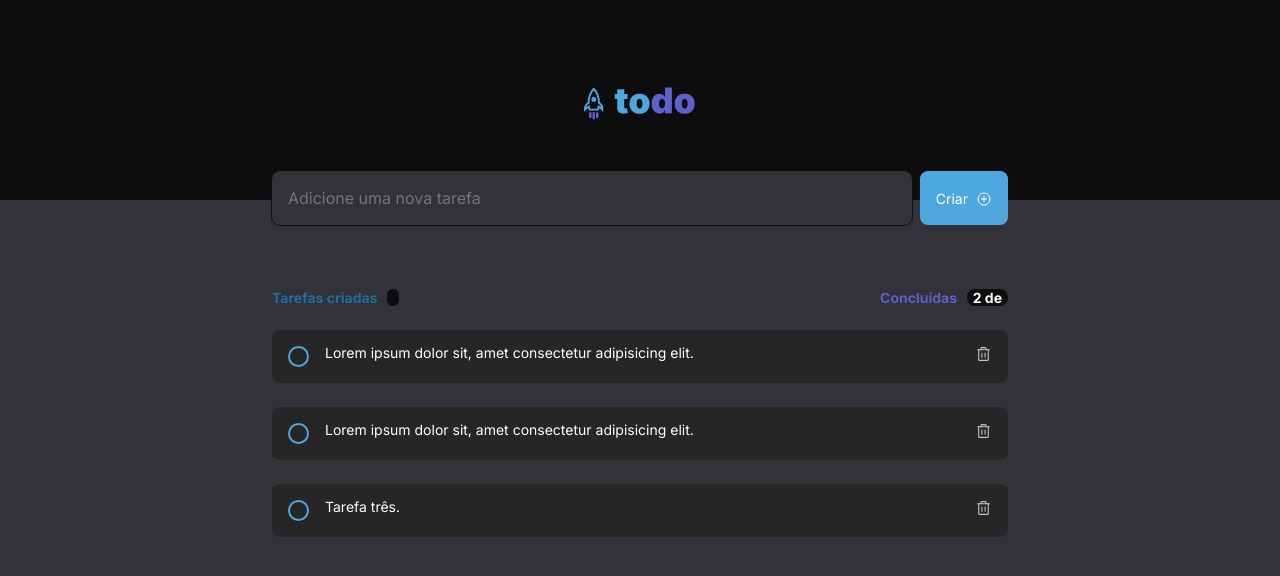
Repository: gabramos90/ignite-todo
Page: /
An editor plug-in stored every save of this project. The page is shown before and after a run of saves, followed by the edit.
The browser window is 1280 px wide. The pictures show the whole page.
The project was rebuilt for these pictures with package versions that can differ from the ones it lists, and the page was loaded fresh each time. Also part of the build but not shown: vite.config.ts.

Above is the page before, as saved 2022-12-01 04:17:48.

After the next 3 saves:
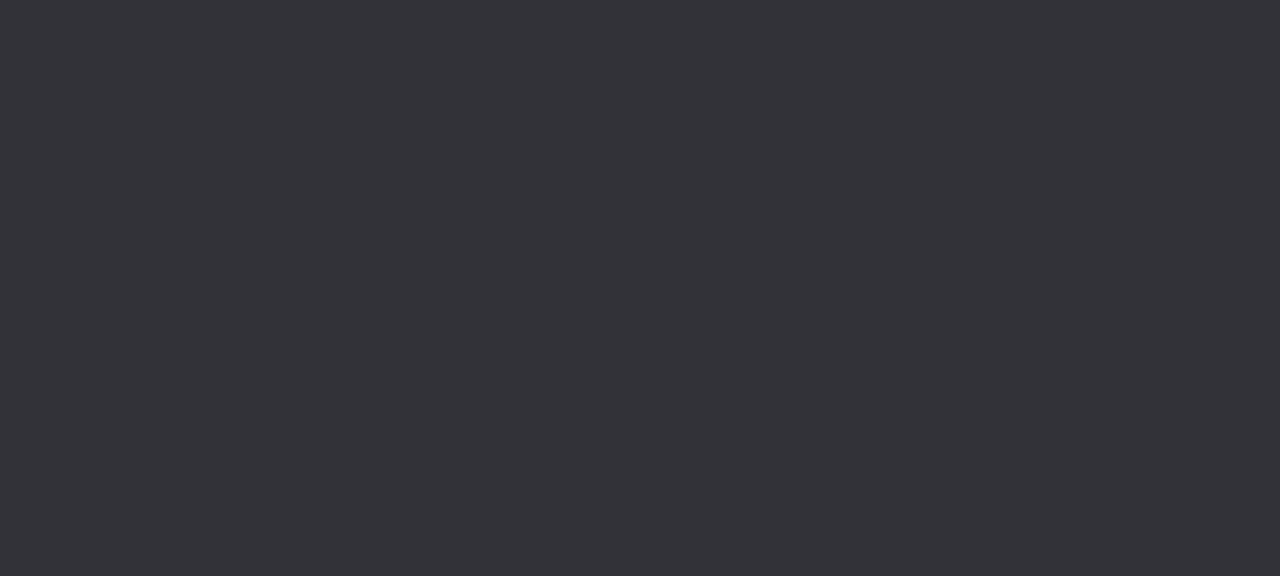
Console error (its wording comes from the project's code and is left out).
The 3 saves are shown as one change because they came seconds apart.
The last was saved 10 s later.
--- a/src/components/TasksAccounter/TasksAccounter.tsx
+++ b/src/components/TasksAccounter/TasksAccounter.tsx
@@ -14,7 +14,9 @@
         </div>
         <div className={styles.doneTasks}>
           <span>Concluídas</span>
-          <span>2 de {taskQuant}</span>
+          <span>
+            {doneTasks} de {taskQuant}
+          </span>
         </div>
       </div>
       {tasks.map((task: any) => (

After the 5 saves that followed:
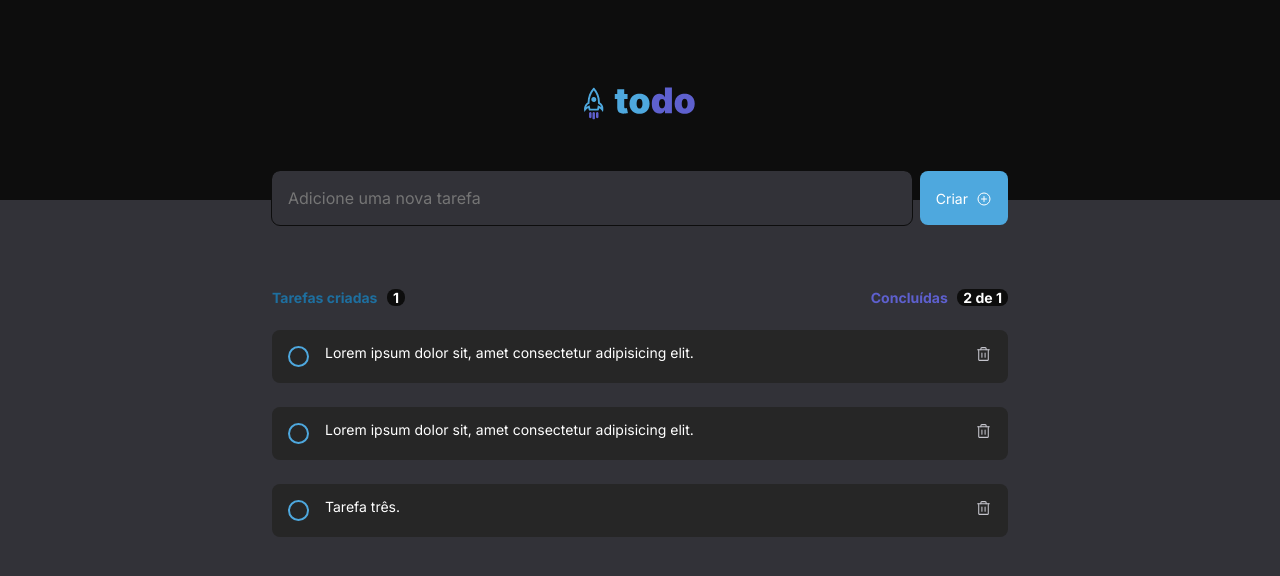
The error is gone.
The 5 saves are shown as one change because 2 left the picture as it was and some came seconds apart.
The last was saved 50 s later.
--- a/src/components/TasksAccounter/TasksAccounter.tsx
+++ b/src/components/TasksAccounter/TasksAccounter.tsx
@@ -2,20 +2,20 @@
 import styles from './TasksAccounter.module.css'
 
 export function TasksAccounter({ tasks }) {
-  const taskQuant = tasks.lenght
-  const doneTasks = tasks.filter((task) => task.isDone)
+/*   const taskQuant = tasks.lenght
+  const doneTasks = tasks.filter((task) => task.isDone) */
 
   return (
     <>
       <div className={styles.tasksAccounterContainer}>
         <div className={styles.createTasks}>
           <span>Tarefas criadas</span>
-          <span>{taskQuant}</span>
+          <span>1</span>
         </div>
         <div className={styles.doneTasks}>
           <span>Concluídas</span>
           <span>
-            {doneTasks} de {taskQuant}
+            2 de 1
           </span>
         </div>
       </div>
